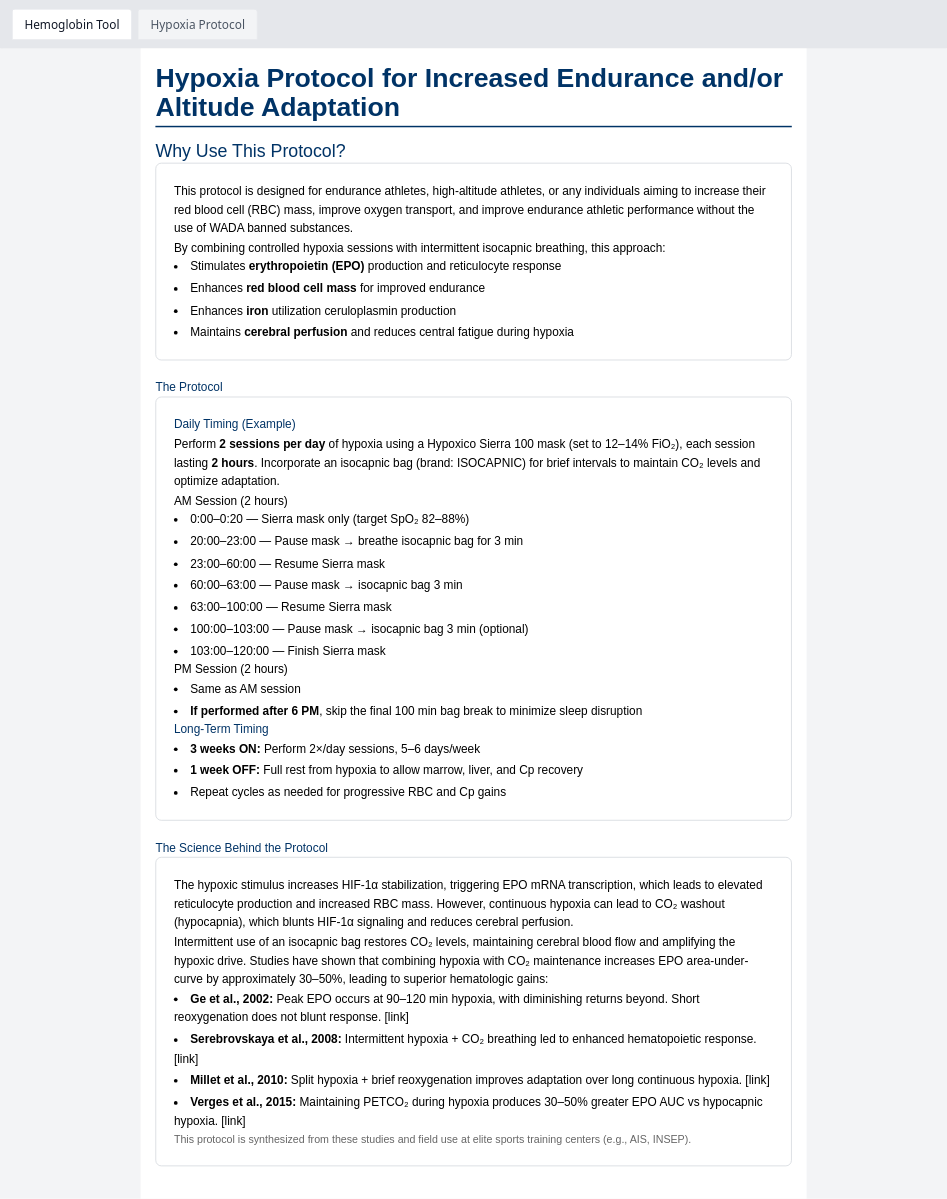
Repository: austenhughes1/hemoglobin_rbc_metrics
Page: hypoxia_protocol.html
An editor plug-in stored every save of this project. The page is shown before and after the next save, followed by the edit.
The browser window is 1280 px wide. The pictures show the whole page, at 74% of full size.
Some web libraries are served in a nearby version.

Above is the page before, as saved 2025-06-25 13:18:31.

### hypoxia_protocol.html
<!DOCTYPE html>
<html lang="en">
<head>
  <meta charset="UTF-8" />
  <meta name="viewport" content="width=device-width, initial-scale=1.0"/>
  <title>Hemocalc PRO Hypoxia + Isocapnic Bag Protocol</title>
  <script src="https://cdn.tailwindcss.com"></script>
  <style>
    /* Typography & layout for the content area */
    .content {
      font-family: Arial, sans-serif;
      line-height: 1.6;
      padding: 20px;
      max-width: 900px;
      margin: auto;
      background: white;
    }
    h1, h2, h3 { color: #003366; }
    h1 { border-bottom: 2px solid #003366; padding-bottom: 5px; }
    .citation { font-size: 0.9em; color: #666; }
  </style>
</head>
<body class="bg-gray-100 min-h-screen">

  <!-- Full‐width sticky header -->
  <header class="sticky top-0 z-20 bg-gray-200 shadow-sm w-full">
    <nav class="flex justify-start space-x-2 px-4 py-3">
      <a
        href="index.html"
        class="px-4 py-2 border border-b-0 rounded-t bg-white text-gray-900 font-medium whitespace-nowrap"
      >
        Hemoglobin Tool
      </a>
      <a
        href="hypoxia_protocol.html"
        class="px-4 py-2 border border-b-0 rounded-t bg-gray-100 text-gray-600 hover:bg-gray-200 whitespace-nowrap"
      >
        Hypoxia Protocol
      </a>
    </nav>
  </header>

  <!-- Main content container -->
  <div class="content">
    <h1 class="text-4xl font-bold mb-4">Hypoxia Protocol for Increased Endurance and/or Altitude Adaptation</h1>

    <h2 class="text-2xl">Why Use This Protocol?</h2>
    <section class="border border-gray-300 rounded-lg p-6 mb-6 bg-white">
        <p>
        This protocol is designed for endurance athletes, high-altitude athletes, or any individuals aiming to increase their red blood cell (RBC) mass, improve oxygen transport, and improve endurance athletic performance without the use of WADA banned substances.
        </p>
        <p>By combining controlled hypoxia sessions with intermittent isocapnic breathing, this approach:</p>
        <ul class="list-disc list-inside space-y-1">
            <li>Stimulates <strong>erythropoietin (EPO)</strong> production and reticulocyte response</li>
            <li>Enhances <strong>red blood cell mass</strong> for improved endurance</li>
            <li>Enhances <strong>iron</strong> utilization ceruloplasmin production </li>
            <li>Maintains <strong>cerebral perfusion</strong> and reduces central fatigue during hypoxia</li>
        </ul>
    </section>
    <h2>The Protocol</h2>
    <section class="border border-gray-300 rounded-lg p-6 mb-6 bg-white">

        <h3>Daily Timing (Example)</h3>
        <p>
        Perform <strong>2 sessions per day</strong> of hypoxia using a Hypoxico Sierra 100 mask (set to 12–14% FiO₂), each session lasting <strong>2 hours</strong>. Incorporate an isocapnic bag (brand: ISOCAPNIC) for brief intervals to maintain CO₂ levels and optimize adaptation.
        </p>

        <h4>AM Session (2 hours)</h4>
        <ul class="list-disc list-inside space-y-1">
        <li>0:00–0:20 — Sierra mask only (target SpO₂ 82–88%)</li>
        <li>20:00–23:00 — Pause mask → breathe isocapnic bag for 3 min</li>
        <li>23:00–60:00 — Resume Sierra mask</li>
        <li>60:00–63:00 — Pause mask → isocapnic bag 3 min</li>
        <li>63:00–100:00 — Resume Sierra mask</li>
        <li>100:00–103:00 — Pause mask → isocapnic bag 3 min (optional)</li>
        <li>103:00–120:00 — Finish Sierra mask</li>
        </ul>

        <h4>PM Session (2 hours)</h4>
        <ul class="list-disc list-inside space-y-1">
        <li>Same as AM session</li>
        <li><strong>If performed after 6 PM</strong>, skip the final 100 min bag break to minimize sleep disruption</li>
        </ul>

        <h3>Long-Term Timing</h3>
        <ul class="list-disc list-inside space-y-1">
        <li><strong>3 weeks ON:</strong> Perform 2×/day sessions, 5–6 days/week</li>
        <li><strong>1 week OFF:</strong> Full rest from hypoxia to allow marrow, liver, and Cp recovery</li>
        <li>Repeat cycles as needed for progressive RBC and Cp gains</li>
        </ul>
    </section>

    <h2>The Science Behind the Protocol</h2>
    <section class="border border-gray-300 rounded-lg p-6 mb-6 bg-white">

        <p>
        The hypoxic stimulus increases HIF-1α stabilization, triggering EPO mRNA transcription, which leads to elevated reticulocyte production and increased RBC mass. However, continuous hypoxia can lead to CO₂ washout (hypocapnia), which blunts HIF-1α signaling and reduces cerebral perfusion.
        </p>
        <p>
        Intermittent use of an isocapnic bag restores CO₂ levels, maintaining cerebral blood flow and amplifying the hypoxic drive. Studies have shown that combining hypoxia with CO₂ maintenance increases EPO area-under-curve by approximately 30–50%, leading to superior hematologic gains:
        </p>
        <ul class="list-disc list-inside space-y-1">
        <li><strong>Ge et al., 2002:</strong> Peak EPO occurs at 90–120 min hypoxia, with diminishing returns beyond. Short reoxygenation does not blunt response. [<a href="https://www.hypoxico.com/wp-content/uploads/2018/04/Determinants-of-erythropoietin-release-in-response-to-short-term-hypobaric-hypoxia.pdf" target="_blank">link</a>]</li>
        <li><strong>Serebrovskaya et al., 2008:</strong> Intermittent hypoxia + CO₂ breathing led to enhanced hematopoietic response. [<a href="https://pubmed.ncbi.nlm.nih.gov/18078855/" target="_blank">link</a>]</li>
        <li><strong>Millet et al., 2010:</strong> Split hypoxia + brief reoxygenation improves adaptation over long continuous hypoxia. [<a href="https://pubmed.ncbi.nlm.nih.gov/20092365/" target="_blank">link</a>]</li>
        <li><strong>Verges et al., 2015:</strong> Maintaining PETCO₂ during hypoxia produces 30–50% greater EPO AUC vs hypocapnic hypoxia. [<a href="https://pubmed.ncbi.nlm.nih.gov/26319812/" target="_blank">link</a>]</li>
        </ul>

        <p class="citation">
        This protocol is synthesized from these studies and field use at elite sports training centers (e.g., AIS, INSEP).
        </p>
    </section>
  </div>
</body>
</html>

After the next save:
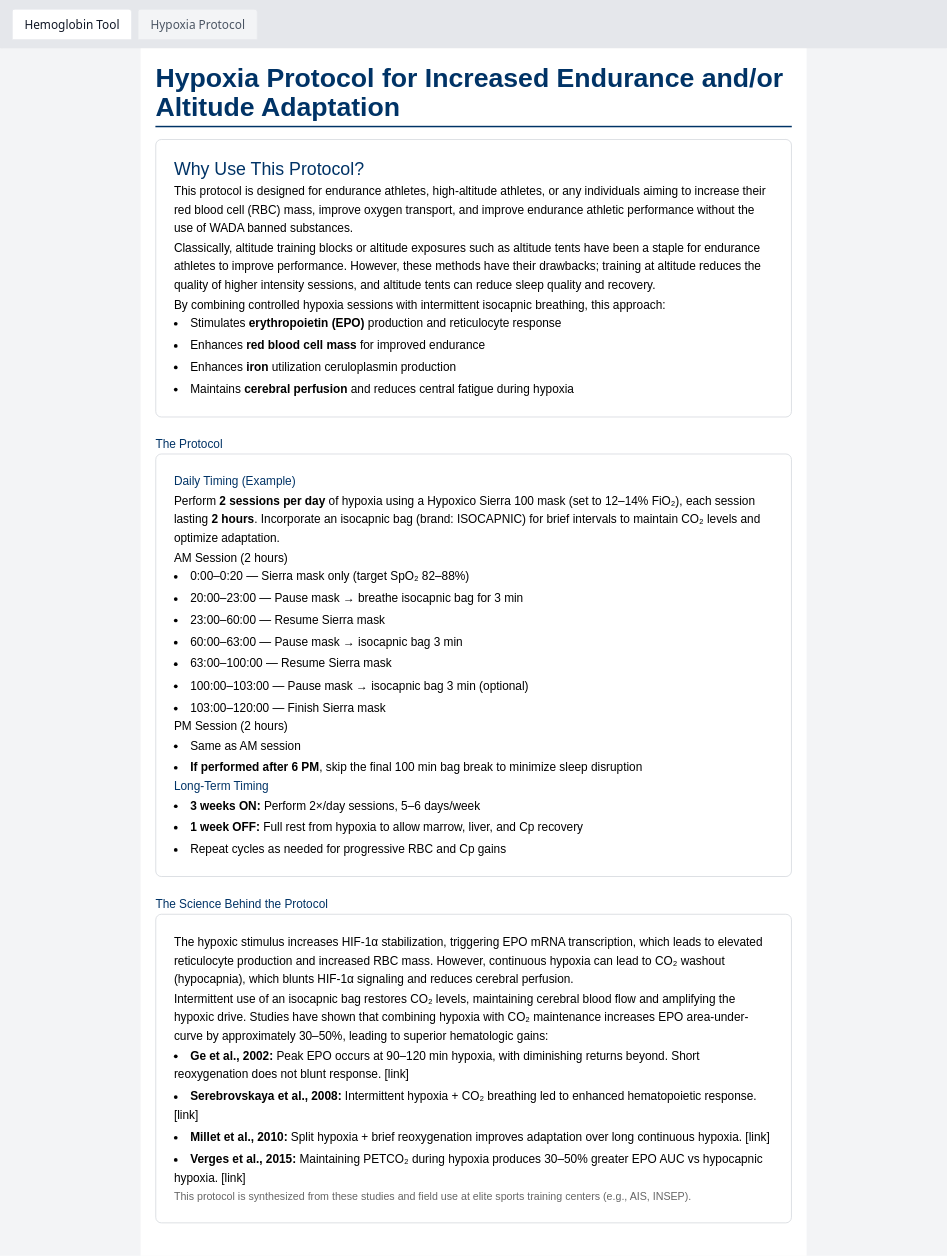
Saved 2 min 43 s later.
--- a/hypoxia_protocol.html
+++ b/hypoxia_protocol.html
@@ -44,10 +44,13 @@
   <div class="content">
     <h1 class="text-4xl font-bold mb-4">Hypoxia Protocol for Increased Endurance and/or Altitude Adaptation</h1>
 
-    <h2 class="text-2xl">Why Use This Protocol?</h2>
     <section class="border border-gray-300 rounded-lg p-6 mb-6 bg-white">
+        <h2 class="text-2xl">Why Use This Protocol?</h2>
         <p>
         This protocol is designed for endurance athletes, high-altitude athletes, or any individuals aiming to increase their red blood cell (RBC) mass, improve oxygen transport, and improve endurance athletic performance without the use of WADA banned substances.
+        </p>
+        <p>
+        Classically, altitude training blocks or altitude exposures such as altitude tents have been a staple for endurance athletes to improve performance. However, these methods have their drawbacks; training at altitude reduces the quality of higher intensity sessions, and altitude tents can reduce sleep quality and recovery.
         </p>
         <p>By combining controlled hypoxia sessions with intermittent isocapnic breathing, this approach:</p>
         <ul class="list-disc list-inside space-y-1">
